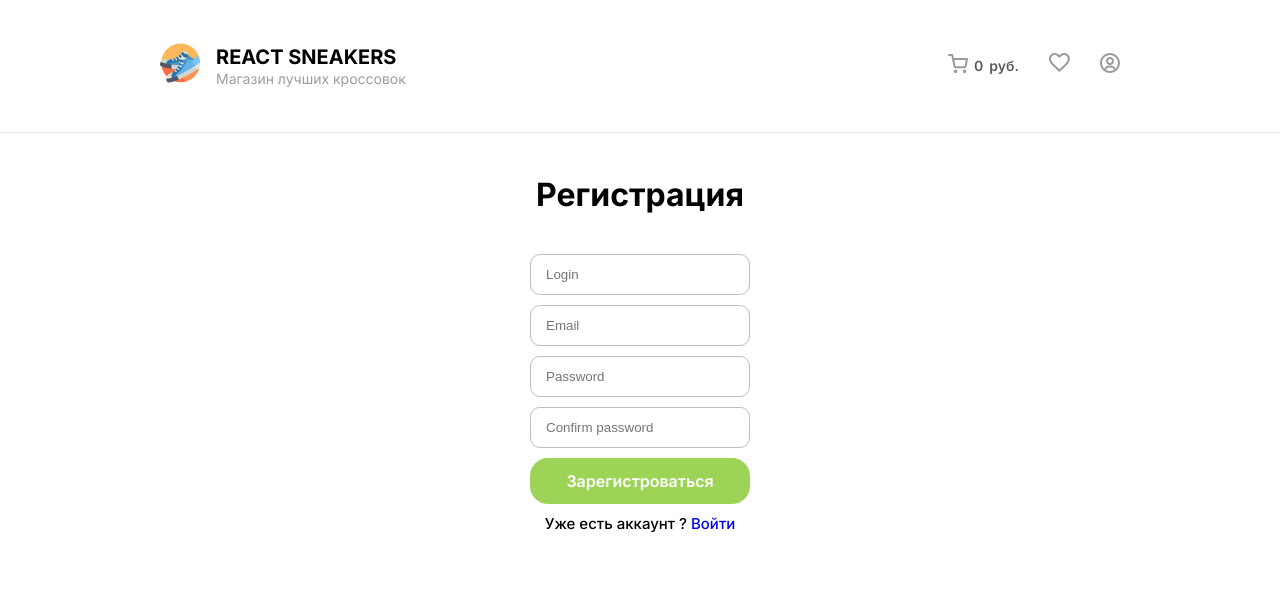
Repository: maxbirimkulov/sneakers20
Page: src/pages/register.html
An editor plug-in stored every save of this project. The page is shown before and after the next save, followed by the edit.
The browser window is 1280 px wide. The pictures show the whole page.
The style sheet was rebuilt from its Sass, Less or Tailwind sources for each picture, by a compiler version that may differ from the author's.

Above is the page before, as saved 2022-11-12 21:01:25.

### src/pages/register.html
<!DOCTYPE html>
<html lang="en">
  <head>
    <meta charset="UTF-8" />
    <meta
      name="viewport"
      content="width=device-width, user-scalable=no, initial-scale=1.0, maximum-scale=1.0, minimum-scale=1.0"
    />
    <meta http-equiv="X-UA-Compatible" content="ie=edge" />
    <title>Document</title>
    <link rel="stylesheet" href="../css/style.css" />
  </head>
  <body>
    <div class="floor">
      <header class="header">
        <div class="container">
          <nav class="header__nav">
            <div class="header__logo">
              <img
                src="../images/mainLogo.png"
                alt="Logo"
                class="header__logo-img"
              />
              <div class="header__logo-text">
                <h1 class="header__logo-title">
                  <a href="../../index.html" class="header__logo-title-link"
                    >react sneakers</a
                  >
                </h1>
                <p class="header__logo-subtitle">
                  <a href="../../index.html" class="header__logo-subtitle"
                    >Магазин лучших кроссовок</a
                  >
                </p>
              </div>
            </div>
            <div class="header__links">
              <p class="header__links-basket">
                <span class="header__links-basket-logo"
                  ><svg
                    width="20"
                    height="20"
                    viewBox="0 0 20 20"
                    fill="none"
                    xmlns="http://www.w3.org/2000/svg"
                  >
                    <path
                      d="M7.54548 18.1818C7.99735 18.1818 8.36366 17.8155 8.36366 17.3636C8.36366 16.9118 7.99735 16.5455 7.54548 16.5455C7.09361 16.5455 6.72729 16.9118 6.72729 17.3636C6.72729 17.8155 7.09361 18.1818 7.54548 18.1818Z"
                      stroke="#9B9B9B"
                      stroke-width="2"
                      stroke-linecap="round"
                      stroke-linejoin="round"
                    />
                    <path
                      d="M16.5455 18.1818C16.9973 18.1818 17.3637 17.8155 17.3637 17.3636C17.3637 16.9118 16.9973 16.5455 16.5455 16.5455C16.0936 16.5455 15.7273 16.9118 15.7273 17.3636C15.7273 17.8155 16.0936 18.1818 16.5455 18.1818Z"
                      stroke="#9B9B9B"
                      stroke-width="2"
                      stroke-linecap="round"
                      stroke-linejoin="round"
                    />
                    <path
                      d="M1 1H4.27273L6.46545 11.9555C6.54027 12.3321 6.7452 12.6705 7.04436 12.9113C7.34351 13.1522 7.71784 13.2801 8.10182 13.2727H16.0545C16.4385 13.2801 16.8129 13.1522 17.112 12.9113C17.4112 12.6705 17.6161 12.3321 17.6909 11.9555L19 5.09091H5.09091"
                      stroke="#9B9B9B"
                      stroke-width="2"
                      stroke-linecap="round"
                      stroke-linejoin="round"
                    />
                  </svg>
                </span>
                <span class="total">0</span> руб.
              </p>
              <a href="./favorites.html" class="header__links-favorites"
                ><span class="header__links-favorites-logo"
                  ><svg
                    width="21"
                    height="19"
                    viewBox="0 0 21 19"
                    fill="none"
                    xmlns="http://www.w3.org/2000/svg"
                  >
                    <path
                      d="M15.1003 0C16.7293 0 18.0976 0.54932 19.2052 1.64796C20.3129 2.7466 20.8668 4.08759 20.8668 5.67092C20.8668 6.44643 20.7039 7.23002 20.3781 8.02169C20.0523 8.81335 19.6939 9.51616 19.303 10.1301C18.912 10.744 18.2523 11.5357 17.3238 12.5051C16.3953 13.4745 15.6134 14.2581 14.9781 14.8559C14.3428 15.4537 13.3248 16.3665 11.9239 17.5944L10.4089 18.9515L8.89403 17.6429C7.52572 16.3827 6.51577 15.4537 5.8642 14.8559C5.21262 14.2581 4.42258 13.4745 3.49408 12.5051C2.56559 11.5357 1.90586 10.744 1.51492 10.1301C1.12397 9.51616 0.773748 8.81335 0.464249 8.02169C0.15475 7.23002 0 6.44643 0 5.67092C0 4.08759 0.553841 2.7466 1.66152 1.64796C2.7692 0.54932 4.12123 0 5.71759 0C7.60717 0 9.17095 0.727041 10.4089 2.18112C11.6469 0.727041 13.2107 0 15.1003 0ZM10.5067 16.0918C12.1031 14.6701 13.2677 13.6118 14.0008 12.9171C14.7338 12.2224 15.5401 11.3903 16.4198 10.4209C17.2994 9.45153 17.9102 8.60332 18.2523 7.87628C18.5944 7.14924 18.7654 6.41412 18.7654 5.67092C18.7654 4.63691 18.4152 3.78061 17.7148 3.10204C17.0143 2.42347 16.1428 2.08418 15.1003 2.08418C14.3184 2.08418 13.5772 2.31037 12.8768 2.76276C12.1764 3.21514 11.6795 3.79677 11.3863 4.50765H9.43158C9.17095 3.79677 8.69041 3.21514 7.98997 2.76276C7.28952 2.31037 6.53206 2.08418 5.71759 2.08418C4.67507 2.08418 3.81173 2.42347 3.12757 3.10204C2.44342 3.78061 2.10134 4.63691 2.10134 5.67092C2.10134 6.41412 2.26423 7.14924 2.59002 7.87628C2.91581 8.60332 3.52666 9.45153 4.42258 10.4209C5.3185 11.3903 6.13297 12.2224 6.866 12.9171C7.59902 13.6118 8.74743 14.6701 10.3112 16.0918L10.4089 16.1888L10.5067 16.0918Z"
                      fill="#9B9B9B"
                    />
                  </svg> </span
              ></a>
              <a href="./register.html" class="header__links-user"
                ><span class="header__links-user-logo"
                  ><svg
                    width="20"
                    height="20"
                    viewBox="0 0 20 20"
                    fill="none"
                    xmlns="http://www.w3.org/2000/svg"
                  >
                    <path
                      fill-rule="evenodd"
                      clip-rule="evenodd"
                      d="M0 10C0 4.579 4.579 0 10 0C15.421 0 20 4.579 20 10C20 13.19 18.408 16.078 16 17.924V18H15.898C14.23 19.245 12.187 20 10 20C7.813 20 5.77 19.245 4.102 18H4V17.924C1.592 16.078 0 13.189 0 10ZM7.12347 15.236C6.59154 15.6639 6.22136 16.2604 6.074 16.927C7.242 17.604 8.584 18 10 18C11.416 18 12.758 17.604 13.926 16.927C13.7785 16.2605 13.4082 15.6641 12.8764 15.2362C12.3445 14.8083 11.6827 14.5744 11 14.573H9C8.3173 14.5742 7.6554 14.808 7.12347 15.236ZM13.7677 13.4117C14.5877 13.9574 15.2286 14.7329 15.61 15.641C17.077 14.182 18 12.176 18 10C18 5.663 14.337 2 10 2C5.663 2 2 5.663 2 10C2 12.176 2.923 14.182 4.39 15.641C4.77144 14.7329 5.41227 13.9574 6.23227 13.4117C7.05227 12.866 8.01501 12.5742 9 12.573H11C11.985 12.5742 12.9477 12.866 13.7677 13.4117ZM6 8C6 5.72 7.72 4 10 4C12.28 4 14 5.72 14 8C14 10.28 12.28 12 10 12C7.72 12 6 10.28 6 8ZM8 8C8 9.178 8.822 10 10 10C11.178 10 12 9.178 12 8C12 6.822 11.178 6 10 6C8.822 6 8 6.822 8 8Z"
                      fill="#9B9B9B"
                    />
                  </svg> </span
              ></a>
            </div>
          </nav>
        </div>
      </header>
      <div class="container">
        <div class="register">
          <h2 class="register__title">Регистрация</h2>
          <form class="register__form">
            <input class="register__input" type="text" placeholder="Login" />
            <input class="register__input" type="email" placeholder="Email" />
            <input
              class="register__input"
              type="password"
              placeholder="Password"
            />
            <input
              class="register__input"
              type="password"
              placeholder="Confirm password"
            />
            <button type="submit" class="register__btn">
              Зарегистроваться
            </button>
            <span class="register__sign"
              >Уже есть аккаунт ? <a href="./login.html">Войти</a></span
            >
          </form>
        </div>
      </div>
    </div>
    <script type="module" src="../js/register.js"></script>
  </body>
</html>

### src/js/register.js
import { changeUser, getUserFromLocalStorage } from './user.js';

getUserFromLocalStorage();

let formRegister = document.querySelector('.register');
formRegister.addEventListener('submit', (e) => {
  e.preventDefault();

  let userData = {
    login: e.target[0].value,
    email: e.target[1].value,
    password: e.target[2].value,
  };

  if (e.target[2].value === e.target[3].value) {
    fetch('http://localhost:8080/register', {
      method: 'POST',
      headers: {
        'Content-Type': 'application/json',
      },
      body: JSON.stringify(userData),
    })
      .then((res) => res.json())
      .then((res) => {
        changeUser({
          ...res.user,
          token: res.accessToken,
        });
      })
      .catch((err) => console.log(err));
  } else {
    alert('Пароли не совпадают');
  }
});

### src/js/user.js



export let user = {
    login : "",
    email : ""
}

export const getUserFromLocalStorage = () => {
    if (localStorage.getItem('user') !== null){
        user = JSON.parse(localStorage.getItem('user'))
    }
}


export const changeUser = (data) => {
    user = {...data}
    localStorage.setItem('user', JSON.stringify(user))
    location.href = 'http://localhost:63342/new%20project/index.html'
}

### src/css/style.scss
@import url('https://fonts.googleapis.com/css2?family=DM+Sans:wght@700&family=Inter:wght@400;500;600;700&display=swap');

* {
  margin: 0;
  padding: 0;
  box-sizing: border-box;
  text-decoration: none;
  list-style-type: none;
  transition: 0.3s;
}
.container {
  max-width: 1050px;
  padding: 0 45px;
  margin: 0 auto;
}
$int: 'inter', sans-serif;

@mixin text($ff, $fs, $fw, $fz, $lh, $col) {
  font-family: $ff;
  font-style: $fs;
  font-weight: $fw;
  font-size: $fz;
  @if $lh > 0 {
    line-height: $lh;
  }
  color: $col;
}
body,
.floor {
  background-color: #fff;
}
@import '_header.scss';
@import '_main.scss';
@import '_assort.scss';
@import '_basketPopup.scss';
@import '_card.scss';
@import '_basket.scss';
@import '_favorites.scss';
@import '_basketNone.scss';
@import '_register';

### src/css/_header.scss
.header {
  padding: 43px 0 45px;
  &__nav {
    display: flex;
    justify-content: space-between;
    align-items: center;
  }
  &__logo {
    display: flex;
    &-img {
      width: 40px;
      height: 40px;
    }
    &-text {
      margin-left: 16px;
    }
    &-title {
      &-link {
        @include text($int, normal, 700px, 20px, 0, #000000);
        text-transform: uppercase;
      }
    }
    &-subtitle {
      @include text($int, normal, 400, 14px, 0, #9d9d9d);
    }
  }
  &__links {
    display: flex;
    &-basket {
      display: flex;
      gap: 6px;
      align-items: center;
      @include text($int, normal, 600, 14px, 0, #5c5c5c);
      margin-left: 10px;
      cursor: pointer;
    }
    &-favorites {
      margin: 0 30px;
    }
  }
  border-bottom: 1px solid #eaeaea;
}

### src/css/_main.scss
.swiper {
  width: 100%;
  height: 100%;
}

.swiper-slide {
  display: -webkit-box;
  display: -ms-flexbox;
  display: -webkit-flex;
  display: flex;
  -webkit-box-pack: center;
  -ms-flex-pack: center;
  -webkit-justify-content: center;
  justify-content: center;
  -webkit-box-align: center;
  -ms-flex-align: center;
  -webkit-align-items: center;
  align-items: center;
}

.swiper__icon{
  &-next{
    background-color: white;
    border-radius: 50%;
    cursor: pointer;
    position: absolute;
    right: 0;
    top: 50%;
    transform: translateY(-50%),;
    z-index: 2;
    padding: 8px 14px;
    display: flex;
    justify-content: center;
    align-items: center;
    transition: 0.2s;
    -webkit-box-shadow: 0px 0px 11px 5px rgba(0, 0, 0, 0.01);
    -moz-box-shadow: 0px 0px 11px 5px rgba(0, 0, 0, 0.01);
    box-shadow: 0px 0px 11px 5px rgba(0, 0, 0, 0.01);
    &:hover{
      transition: 0.2s;
      -webkit-box-shadow: 0px 0px 11px 5px rgba(0, 0, 0, 0.07);
      -moz-box-shadow: 0px 0px 11px 5px rgba(0, 0, 0, 0.07);
      box-shadow: 0px 0px 11px 5px rgba(0, 0, 0, 0.07);
    }
  }
  &-prev{
    background-color: white;
    border-radius: 50%;
    position: absolute;
    left: 0;
    top: 50%;
    cursor: pointer;
    transform:translateY(-50%) rotate(180deg);
    z-index: 2;
    padding: 8px 14px;
    display: flex;
    justify-content: center;
    align-items: center;
    transition: 0.2s;
    -webkit-box-shadow: 0px 0px 11px 5px rgba(0, 0, 0, 0.01);
    -moz-box-shadow: 0px 0px 11px 5px rgba(0, 0, 0, 0.01);
    box-shadow: 0px 0px 11px 5px rgba(0, 0, 0, 0.01);
    &:hover{
      transition: 0.2s;
      -webkit-box-shadow: 0px 0px 11px 5px rgba(0, 0, 0, 0.07);
      -moz-box-shadow: 0px 0px 11px 5px rgba(0, 0, 0, 0.07);
      box-shadow: 0px 0px 11px 5px rgba(0, 0, 0, 0.07);
    }
  }
}

.main{
  &__swipe{
    &-block{
      background-color: #F4EFE9;
      border-radius: 20px;
      max-height: 300px;
      display: flex;
      align-items: center;
      justify-content: space-between;
      width: 100%;
    }
    &-box{
      position: relative;
      padding: 16px 0 20px 51px;
      min-height: 300px;
      &-scn{
        margin: 0;
        padding: 0;
        max-width: 641.18px;
      }
      &-desc{
        @include text($int,normal,700,38px,46px,#8BB43C);
        margin: 32px 17.45px 10.45px 35px;
        &-black{
          color: black;
        }
      }
      &-btn{
        position: absolute;
        padding: 14px 60px;
        border-radius: 110px;
        @include text($int,normal,700px,16px, 0, white);
        text-transform: uppercase;
        background-color: #A5D364;
        bottom: 45px;
        left: 27%;
        transform: translate(-50%, -50);
        transition: 0.2s;
        &:hover{
          transition: 0.2s;
          transform: scale(1.1);
        }
      }
      &-img{
        width: 100%;
      }
    }
  }
}

### src/css/_assort.scss
.main__assort {
  &-topContent {
    display: flex;
    flex-wrap: wrap;
    justify-content: space-between;
    padding: 37px 0 36px;
    width: 100%;
  }
  &-filter {
    display: flex;
    justify-content: space-between;
    align-items: center;
    gap: 10px;
  }
  &-select {
    background: transparent;
    border: 1px solid #bdbdbd;
    border-radius: 8px;
    padding: 0 10px;
    height: 40px;
  }
  &-form {
    margin: 15px 0 0;
    display: flex;
    align-items: center;
    position: relative;
    &-input {
      border-radius: 10px;
      border: 1px solid #bdbdbd;
      outline: none;
      padding: 13px 40px 15px 46px;
      max-width: 250px;
      &::-webkit-input-placeholder {
        color: #c4c4c4;
      }
      &::-moz-placeholder {
        color: #c4c4c4;
      }
      &:-ms-input-placeholder {
        color: #c4c4c4;
      }
      &::-ms-input-placeholder {
        color: #c4c4c4;
      }
      &::placeholder {
        color: #c4c4c4;
      }
      &::-webkit-search-cancel-button {
        position: absolute;
        right: 18px;
        cursor: pointer;
        color: #5c5c5c;
      }
    }
    &-icon {
      position: absolute;
      left: 18px;
      top: 50%;
      transform: translateY(-50%);
    }
  }
  &-title {
    @include text($int, normal, 700, 32px, 0, black);
  }
  &-mainContent {
    min-height: 700px;
    position: relative;
    display: flex;
    justify-content: center;
    align-items: center;
    flex-wrap: wrap;
    gap: 40px;
    &-shoes {
      border: 1px solid #bdbdbd;
      border-radius: 40px;
      padding: 20px 29px 34px 30px;
      max-width: 210px;
    }
    &-favorites {
      display: inline-block;
      position: absolute;
      border: 1px solid #f8f8f8;
      border-radius: 7px;
      padding: 9.6px 9.07px 3.59px;
      cursor: pointer;
      &:hover {
        transform: scale(1.13);
        background-color: rgba(253, 239, 239, 0.87);
        transition: 0.2s;
      }
      &-active {
        display: none;
        position: absolute;
        background-color: #fef0f0;
        border: 1px solid transparent;
        border-radius: 7px;
        padding: 9.6px 9.07px 3.59px;
        cursor: pointer;
      }
    }
    &-product {
      &-desc {
        @include text($int, normal, 400, 14px, 17px, black);
      }
      &-pricesDesc {
        margin-top: 14px;
        display: flex;
        justify-content: space-between;
        align-items: center;
        &-price {
          @include text($int, normal, 500, 11px, 13px, #bdbdbd);
          text-transform: uppercase;
        }
        &-cost {
          @include text($int, normal, 700, 14px, 17px, black);
        }
        &-addBask {
          cursor: pointer;
          display: inline-block;
          padding: 5.33px 8.33px;
          border: 1px solid #f2f2f2;
          border-radius: 8px;
          transition: 0.2s;
          &:hover {
            transform: scale(1.13);
            background-color: rgba(253, 239, 239, 0.87);
            transition: 0.2s;
          }
          &-active {
            cursor: pointer;
            max-height: 32px;
            max-width: 32px;
            padding: 5.33px 8.33px;
            border: 1px solid white;
            border-radius: 8px;
            background: linear-gradient(180deg, #89f09c 0%, #3cc755 100%);
            transition: 0.2s;
            &:hover {
              transform: scale(1.13);
              transition: 0.2s;
            }
          }
        }
      }
    }
  }
}

### src/css/_basketPopup.scss
.basket {
  transform: translateX(100%);
  background: rgba(0, 00, 000, 0.4);
  height: 100vh;
  width: 100vw;
  z-index: 100;
  position: fixed;
  left: 0;
  top: 0;
  bottom: 0;
  &__cards {
    margin-top: 20px;
    max-height: 400px;
    overflow-y:  scroll;
    display: flex;
    gap: 20px;
    flex-wrap: wrap;
  }

  &__card {
    position: relative;  width: 100%;  height: 120px;  padding: 0 30px;    background: #FFFFFF;  border: 1px solid #F3F3F3;  border-radius: 20px;  &:hover {
    box-shadow: 0px 14px 30px 0px rgba(0, 0, 0, 0.05);  }
    &-img {
      position: absolute;    left: 20px;    top: 50%;    transform: translateY(-50%);    max-width: 80px;  }
    &__name {
      position: absolute;    width: 133px;    height: 36px;    overflow: hidden;    left: 120px;    top: 30px;    font-family: 'Inter', sans-serif;    font-style: normal;    font-weight: 400;    font-size: 14px;    line-height: 17px;    color: #000000;  }
    &__sum {
      position: absolute;    left: 120px;    bottom: 30px;    font-family: 'Inter', sans-serif;    font-style: normal;    font-weight: 700;    font-size: 14px;color: #000000;  }
    &__X {
      position: absolute;    right: 20px;    top: 50%;    transform: translateY(-50%);    max-width: 70px;    cursor: pointer;  }
  }
  &.show {
    transform: translateX(0%);
  }
  &__content {
    display: flex;
    flex-direction: column;
    justify-content: space-between;
    background: #fff;
    position: fixed;
    padding: 30px;
    height: 100vh;
    width: 385px;
    top: 0;
    right: 0;
  }
  &__title {
    @include text($int, normal, 700, 24px, 29px, #000000);
  }
  &__text {
    display: flex;
    justify-content: space-between;
    margin-bottom: 19px;
    &:last-of-type {
      margin-bottom: 24px;
    }
    &-desc {
      @include text($int, normal, 400, 16px, 19px, #000000);
    }
    &-sum {
      @include text($int, normal, 600, 16px, 19px, #000000);
    }
  }
  &__btn {
    @include text($int, normal, 600, 16px, 19px, #fff);
    padding: 12px 0;
    background: #9dd558;
    border-radius: 18px;
    border: 1px solid #9dd558;
    width: 100%;
  }
}

.name {
  font-size: 30px;
  color: red;
  text-align: center;
}

### src/css/_card.scss
.info {
  background: antiquewhite;
  padding: 40px 0;
  &__block {
    display: flex;
    flex-wrap: wrap;
    -moz-column-gap: 40px;
         column-gap: 40px;
    row-gap: 40px;
  }
  &__card {
    width: calc(25% - 30px);
    background: #ffffff;
    border: 1px solid #f3f3f3;
    border-radius: 40px;
    padding: 20px 40px;
    cursor: pointer;
    transition: 0.2s;
    &:hover {
      background: #ffffff;
      border: 1px solid #f8f8f8;
      box-shadow: 0 14px 30px rgba(0, 0, 0, 0.05);
      border-radius: 40px;
      transition: 0.2s;
      transform: scale(1.05);
    }
  }
  &__desc {
    @include text($int, normal, 400, 14px, 17px, #000);
    margin: 14px 0;
  }
  &__bottom {
    display: flex;
    justify-content: space-between;
  }
  &__sel {
    @include text($int, normal, 500, 11px, 13px, #bdbdbd);
    text-transform: uppercase;
  }
  &__sum {
    @include text($int, normal, 700, 14px, 17px, #000);
  }
}

### src/css/_basket.scss
.basket__main{
  &-topContent{
    padding: 42px 0 40px;
    &-nav{
      display: flex;
      align-items: center;
      gap: 21px;
    }
    &-title{
      @include text($int, normal, 700, 32px, 0, black)
    }
    &-link{
      padding: 8px 14px;
      max-width: 35px;
      max-height: 35px;
      display: flex;
      justify-content: center;
      align-items: center;
      border: 1px solid #F2F2F2;
      border-radius: 8px;
    }
  }
  &-mainContent{
    &-assort{
      display: flex;
      flex-wrap: wrap;
      gap: 40px;
    }
  }
}

### src/css/_favorites.scss
.main__assort-mainContent-favorites{
  &-off{
    display: none;
  }
  &-on{
    display: inline-block;
  }
}

### src/css/_basketNone.scss
.basketNone__main {
  display: flex;
  justify-content: center;
  align-items: center;
  padding: 240px 0;
  &-none {
    display: flex;
    flex-wrap: wrap;
    justify-content: center;
    align-items: center;
    max-width: 280px;
    &-text{
      text-align: center;
    }
    &-title {
      margin-top: 24px;
      text-align: center;
      @include text($int, normal, 600, 24px, 0, black);
    }

    &-desc {
      text-align: center;
      margin: 11px 0 41px;
      @include text($int, normal, 400, 16px, 24px, black);
    }

    &-link {
      padding: 17px 40px 19px;
      background-color: #9DD458;
      border-radius: 18px;
      @include text($int, normal, 400, 16px, 0, white);

      &-icon {
        margin-right: 17px;

      }
    }
  }
}

### src/css/_register.scss
.register,
.login {
  &__title {
    @include text($int, normal, 700, 32px, 0, black);
    margin: 42px auto 40px;
    text-align: center;
  }
  &__form {
    margin: 0 auto;
    display: flex;
    flex-direction: column;
    justify-content: center;
    max-width: 220px;
    gap: 10px;
    text-align: center;
  }
  &__input {
    padding: 12px 15px;
    border-radius: 10px;
    border: 1px solid #bdbdbd;
  }
  &__btn {
    @include text($int, normal, 600, 16px, 0, #fff);
    padding: 13px;
    border-radius: 18px;
    border: none;
    cursor: pointer;
    background-color: #9dd458;
  }
  &__sign {
    @include text($int, normal, 500, 15px, 0, black);
  }
}

After the next save:
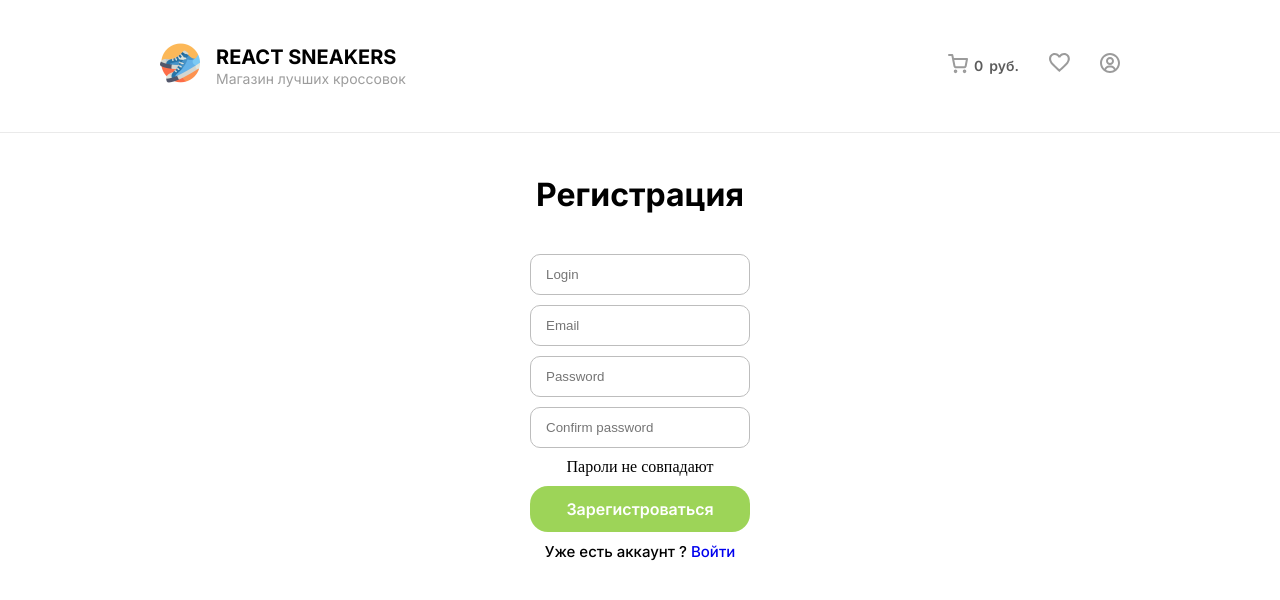
Saved 68 s later.
--- a/src/pages/register.html
+++ b/src/pages/register.html
@@ -121,6 +121,7 @@
               type="password"
               placeholder="Confirm password"
             />
+            <span>Пароли не совпадают</span>
             <button type="submit" class="register__btn">
               Зарегистроваться
             </button>
